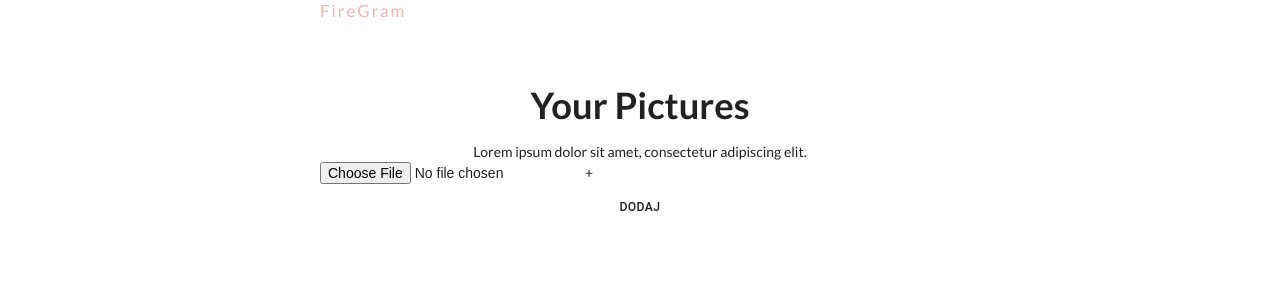
Repository: gregorskrinjar/react_ita
Page: / (app in frontend/)
An editor plug-in stored every save of this project. The page is shown before and after the next save, followed by the edit.
The browser window is 1280 px wide. The pictures show the whole page.
The page's requests for data from a server got no answer. The project was rebuilt for these pictures with package versions that can differ from the ones it lists, and the page was loaded fresh each time. No one was signed in, and anything a server would have sent is missing. Also part of the build but not shown: frontend/src/Header.jsx, frontend/src/Home.js, frontend/src/components/accountBox/common.jsx, frontend/src/components/marginer/index.jsx, frontend/src/components/accountBox/accountContext.js, frontend/src/api/axiosUserAuth.js, frontend/src/components/accountBox/loginForm.jsx, frontend/src/components/accountBox/signupForm.jsx and 6 more.

Above is the page before, as saved 2021-06-01 01:15:29.

After the next save:
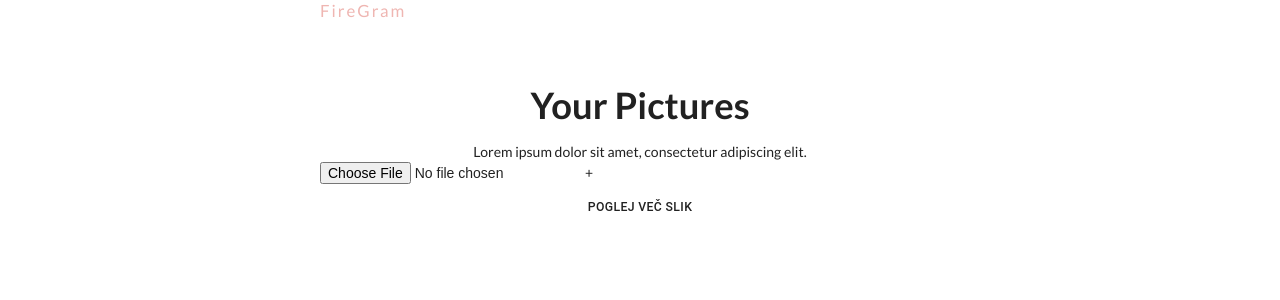
Saved 23 s later.
--- a/frontend/src/components/gallery/ImageCard.js
+++ b/frontend/src/components/gallery/ImageCard.js
@@ -162,7 +162,7 @@ function ImageCard({ selectedImg, setSelectedImg }) {
             </Card>
           </Grid>
         ))}
-      {!loading && <div className="load-more"><Button onClick={fetchImages}>DODAJ</Button></div>}
+      {!loading && <div className="load-more"><Button onClick={fetchImages}>Poglej več slik</Button></div>}
     </div>
   );
 }
